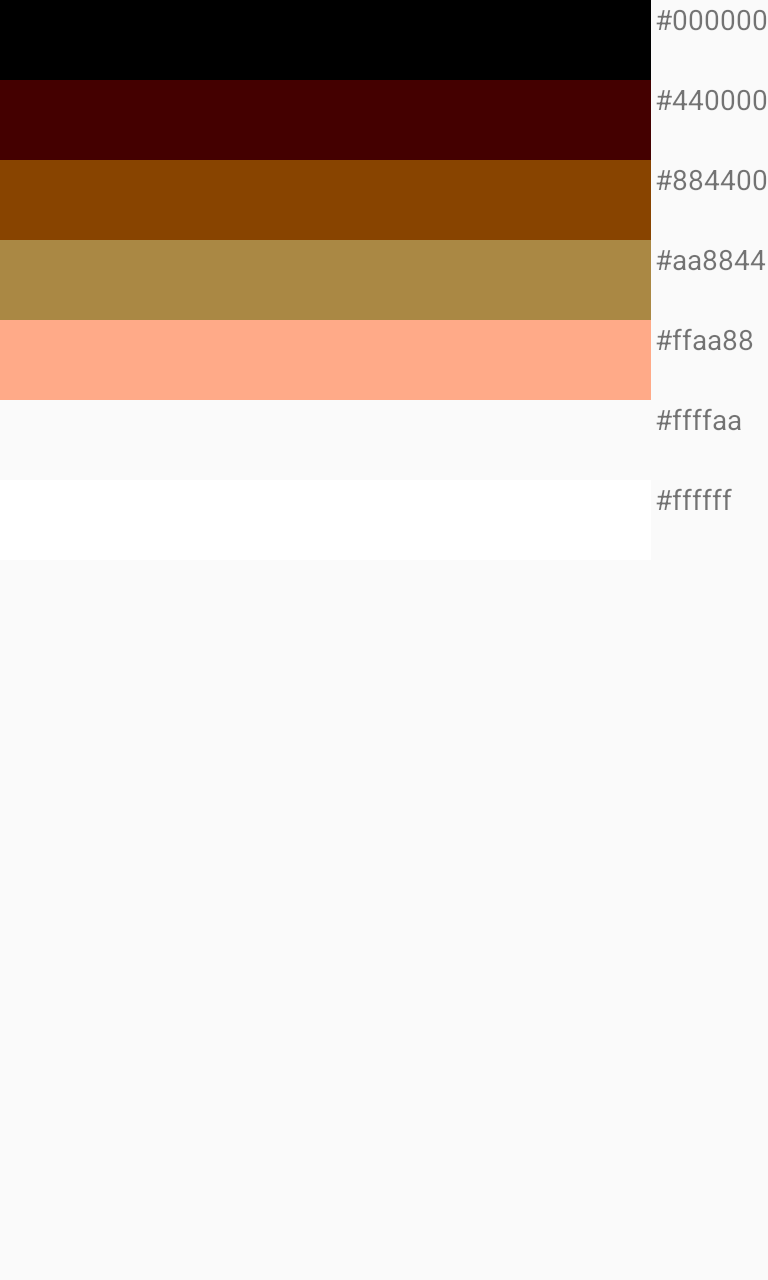
Repository: fitrahyusuf/FITRAH
Layout: MengenalScrollView/res/layout/main.xml
The author's editor kept a copy of each file at every save. The layout is drawn from the files as they stood at one save, then again after the next save.
It is drawn on a 768 x 1280 px phone screen (xhdpi) without system bars, with theme AppTheme; the app's code is not run.

Above is the layout before, as saved 2015-05-05 12:39:48.

### MengenalScrollView/res/layout/main.xml
<?xml version="1.0" encoding="utf-8" ?>
<ScrollView

    xmlns:android="http://schemas.android.com/apk/res/android"
    android:id="@+id/scrollView"
    android:layout_width="fill_parent"
    android:layout_height="fill_parent">

    <TableLayout android:id="@+id/tableLayout1"
        android:layout_width="fill_parent"
        android:layout_height="fill_parent"
        android:stretchColumns="0">

        <TableRow>
            <View android:background="#000000"
                android:layout_height="80px">
            </View>
            <TextView android:paddingLeft="4px"
                android:text="#000000"
                android:gravity="center_vertical">
            </TextView>
        </TableRow>
        <TableRow>
            <View android:background="#440000"
                android:layout_height="80px">
            </View>
            <TextView android:paddingLeft="4px"
                android:text="#440000"
                android:gravity="center_vertical">
            </TextView>
        </TableRow>
        <TableRow>
            <View android:background="#884400"
                android:layout_height="80px">
            </View>
            <TextView android:paddingLeft="4px"
                	android:text="#884400"
                	android:gravity="center_vertical">
            </TextView>
        </TableRow>
        <TableRow>
            <View android:background="#aa8844"
                android:layout_height="80px">
            </View>
            <TextView android:paddingLeft="4px"
                android:text="#aa8844"
                android:gravity="center_vertical">
            </TextView>
        </TableRow>
        <TableRow>
            <View android:background="#ffaa88"
                android:layout_height="80px">
            </View>
            <TextView android:paddingLeft="4px"
                android:text="#ffaa88"
            	android:gravity="center_vertical">
            </TextView>
        </TableRow>
       	 <TableRow>
       		<View android:background="ffffaa"
       		    android:layout_height="80px">
       		</View>
       		<TextView android:paddingLeft="4px"
       		    android:text="#ffffaa"
       		    android:gravity="center_vertical">
       		</TextView>
        </TableRow>
        <TableRow>
            <View android:background="#ffffff"
                android:layout_height="80px">
            </View>
            <TextView android:paddingLeft="4px"
                android:text="#ffffff"
                android:gravity="center_vertical">

            </TextView>
        </TableRow>
    </TableLayout>
</ScrollView>

Loaded but not shown: MengenalScrollView/res/values/styles.xml (common file); MengenalScrollView/res/values-v11/styles.xml (common file); MengenalScrollView/res/values-v14/styles.xml (common file)

After the next save:
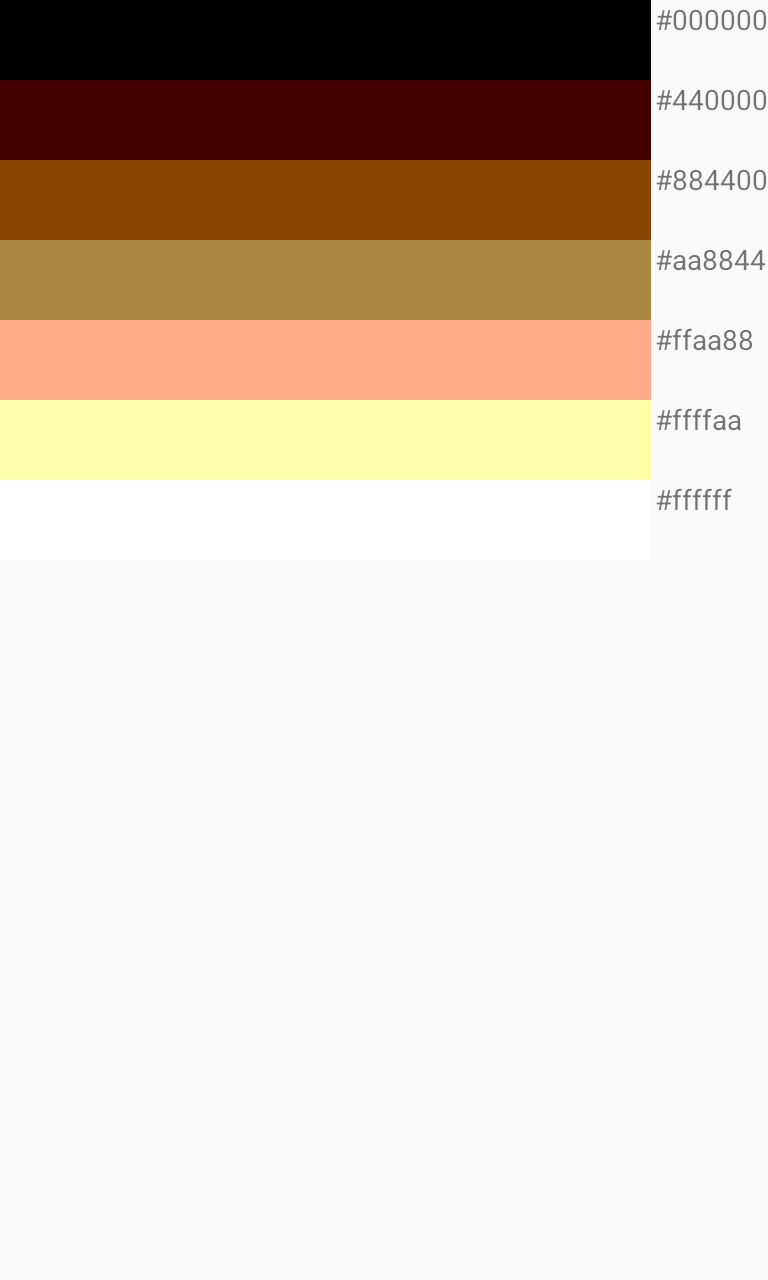
Saved 7 s later.
--- a/MengenalScrollView/res/layout/main.xml
+++ b/MengenalScrollView/res/layout/main.xml
@@ -57,7 +57,7 @@
             </TextView>
         </TableRow>
        	 <TableRow>
-       		<View android:background="ffffaa"
+       		<View android:background="#ffffaa"
        		    android:layout_height="80px">
        		</View>
        		<TextView android:paddingLeft="4px"
